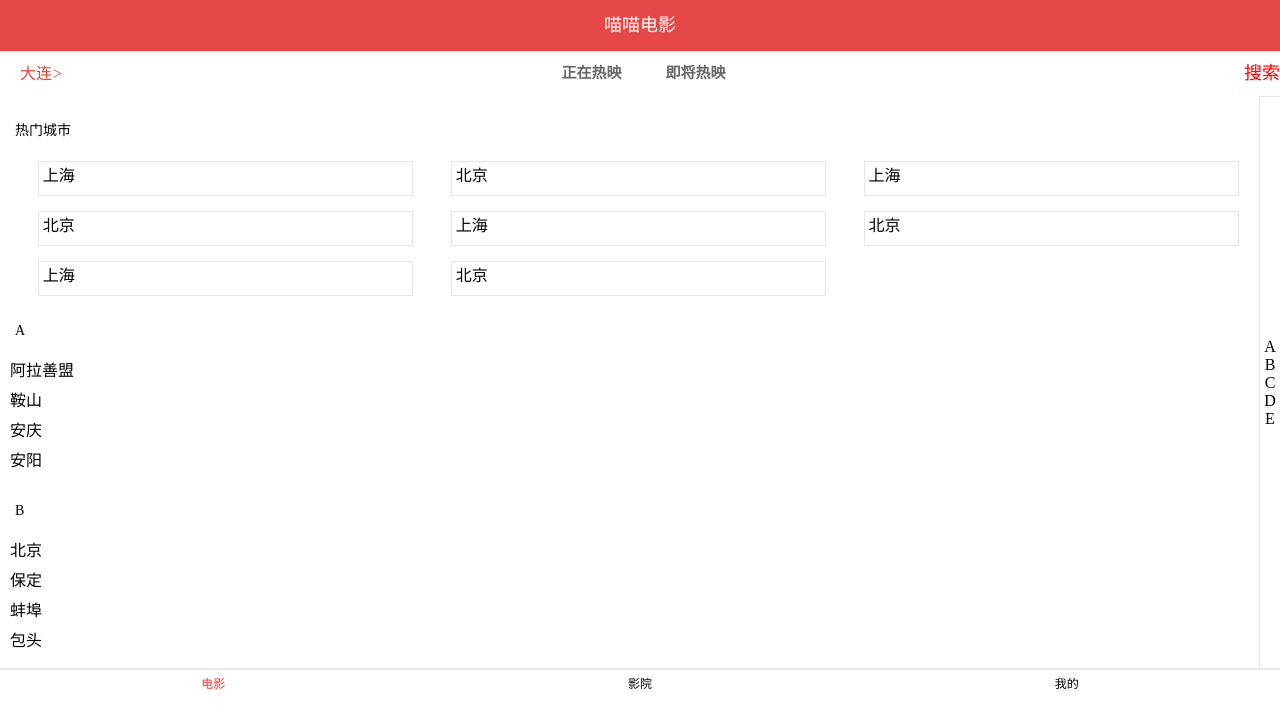
Repository: X-J-0/miaomiao_film
Page: /movie/city (app in miaomiao/)
An editor plug-in stored every save of this project. The page is shown before and after the next save, followed by the edit.
The browser window is 1280 px wide. The pictures show the whole page.
The page's requests for data from a server got no answer. An inner scrolling area shows only its first screen. The project was rebuilt for these pictures with package versions that can differ from the ones it lists, and the page was loaded fresh each time. No one was signed in, and anything a server would have sent is missing. Also part of the build but not shown: miaomiao/vue.config.js. Imported but missing from the stored project, and not drawn on this page: miaomiao/src/components/Brand, miaomiao/src/components/Special.

Above is the page before, as saved 2020-03-26 12:53:31.

### miaomiao/public/index.html
<!DOCTYPE html>
<html lang="en">
  <head>
    <meta charset="utf-8">
    <meta http-equiv="X-UA-Compatible" content="IE=edge">
    <meta name="viewport" content="width=device-width,initial-scale=1.0,user-scalable=no">
    <link rel="icon" href="<%= BASE_URL %>favicon.ico">
    <link rel="stylesheet" href="<%= BASE_URL %>css/common.css">
    <!-- <link rel="stylesheet" href="<%= BASE_URL %>css/common.css"> -->
    <title><%= htmlWebpackPlugin.options.title %></title>
  </head>
  <body>
    <noscript>
      <strong>We're sorry but <%= htmlWebpackPlugin.options.title %> doesn't work properly without JavaScript enabled. Please enable it to continue.</strong>
    </noscript>
    <div id="app"></div>
    <!-- built files will be auto injected -->
  </body>
</html>

### miaomiao/src/main.js
import Vue from 'vue'
import App from './App.vue'
import router from './router'
import store from './store'
import axios from 'axios'
Vue.prototype.axios = axios;

Vue.config.productionTip = false

new Vue({
  router,
  store,
  render: h => h(App)
}).$mount('#app')

### miaomiao/src/App.vue
<template>
    <keep-alive>
        <router-view/>
    </keep-alive>
</template>

<style lang="scss">
</style>

### miaomiao/src/router/index.js
import Vue from 'vue'
import VueRouter from 'vue-router'
import movieRouter from './movie'
import mineRouter from './mine'
import cinemaRouter from './cinema'

Vue.use(VueRouter)


const router = new VueRouter({
  mode: 'history',
  base: process.env.BASE_URL,
  routes: [
    movieRouter,
    mineRouter,
    cinemaRouter,
    {
      path:'/*',
      redirect:'/movie'
    }
  ]
})

export default router

### miaomiao/src/router/movie/index.js
export default {
    path:'/movie',
    component : () => import('@/views/Movie'),
    children:[
        {
            path:'city',
            component:()=>import('@/components/City')
        },
        {
            path:'nowPlaying',
            component:()=>import('@/components/NowPlaying')
        },
        {
            path:'comingSoon',
            component:()=>import('@/components/ComingSoon')
        },
        {
            path:'search',
            component:()=>import('@/components/Search')
        },
        {
            path:'/movie',
            redirect:'/movie/nowPlaying'
        }
    ]
}

### miaomiao/src/router/mine/index.js
export default {
    path:'/mine',
    component : () => import('@/views/Mine'),
    children:[
        {
            path:'center',
            component:()=>import('@/views/Mine/center.vue')
        },
        {
            path:'login',
            component:()=>import('@/components/Login')
        },
        {
            path:'register',
            component:()=>import('@/components/Register')
        },
        {
            path:'findPassword',
            component:()=>import('@/components/FindPassword')
        },
        {
            path:'/mine',
            redirect:'center'
        }
    ]
}

### miaomiao/src/router/cinema/index.js
export default {
    path:'/cinema',
    component : () => import('@/views/Cinema'),
    children:[
        {
            path:'allocate',
            component:()=>import('@/components/Allocate')
        },
        {
            path:'brand',
            component:()=>import('@/components/Brand')
        },
        {
            path:'special',
            component:()=>import('@/components/Special')
        },
        {
            path:'/cinema',
            redirect:'/cinema/allocate'
        }
    ]
}

### miaomiao/src/views/Movie/index.vue
<template>
    <div id="main">
        <Header title="喵喵电影"/>
        <div id="content">
          <div class="movie_menu">
          <router-link tag="div" to="/movie/city" class="city_name">
            <span>大连</span><i>></i>
          </router-link>
          <div class="hot_switch">
            <router-link tag="div" to="/movie/nowPlaying" class="hot_item">正在热映</router-link>
            <router-link tag="div" to="/movie/comingSoon" class="hot_item">即将热映</router-link>
          </div>
          <div class="search_entry">
            <router-link tag="div" to="/movie/search">搜索</router-link>
          </div>
          </div>
            <router-view/>
        </div>
        <TabBar />
    </div>
</template>

<script>

import Header from '@/components/Header';
import TabBar from '@/components/TabBar';

export default {
  name:'Movie',
  components : {
    Header,
    TabBar
  },
  data(){
   return {

   }
  }
}
</script>

<style scoped>
  #content{flex:1;overflow:auto;margin-bottom:50px;position: relative;display:flex;flex-direction: column;}
  #content .movie_menu{width:100%;height:45px;border-bottom:1px solid #e6e6e6;display: flex;justify-content: space-between;}
  .movie_menu .city_name{margin-left:20px;height:100%;line-height:45px;}
  .movie_menu .city_name.active{color:#ef4238;border-bottom:2px #ef4238 solid;}
  .movie_menu .city_name.router-link-active{color:#ef4238;border-bottom:2px #ef4238 solid;}
  .movie_menu .hot_switch{display:flex;height:100%; line-height: 45px;}
  .movie_menu .hot_item{font-size:15px; color:#666;width:80px;text-align: center;margin:0 12px;font-weight: 700;}
  .movie_menu .hot_item.active{color:#ef4238;border-bottom:2px #ef4238 solid;}
  .movie_menu .hot_item.router-link-active{color:#ef4238;border-bottom:2px #ef4238 solid;}
  .movie_menu .search_entry{margin-left:20px;height:100%;line-height:45px;}
  .movie_menu .search_entry.active{color:#ef4238;border-bottom:2px #ef4238 solid;}
  .movie_menu .search_entry.router-link-active{color:#ef4238;border-bottom:2px #ef4238 solid;}
  .movie_menu .search_entry div{font-size:18px;color:red;}
</style>

### miaomiao/src/components/City/index.vue
<template>
  <div class="city_body">
    <div class="city_list">
      <div class="city_hot">
        <h2>热门城市</h2>
        <ul class="clearfix">
          <li>上海</li>
          <li>北京</li>
          <li>上海</li>
          <li>北京</li>
          <li>上海</li>
          <li>北京</li>
          <li>上海</li>
          <li>北京</li>
        </ul>
      </div>
      <div class="city_sort">
        <div>
          <h2>A</h2>
          <ul>
            <li>阿拉善盟</li>
            <li>鞍山</li>
            <li>安庆</li>
            <li>安阳</li>
          </ul>
        </div>
          <div>
            <h2>B</h2>
            <ul>
              <li>北京</li>
              <li>保定</li>
              <li>蚌埠</li>
              <li>包头</li>
            </ul>
          </div>
          <div>
          <h2>A</h2>
          <ul>
            <li>阿拉善盟</li>
            <li>鞍山</li>
            <li>安庆</li>
            <li>安阳</li>
          </ul>
        </div>
          <div>
            <h2>B</h2>
            <ul>
              <li>北京</li>
              <li>保定</li>
              <li>蚌埠</li>
              <li>包头</li>
            </ul>
          </div>
      </div>
    </div>
    <div class="city_index">
      <ul>
        <li>A</li>
        <li>B</li>
        <li>C</li>
        <li>D</li>
        <li>E</li>
      </ul>
    </div>
  </div>
</template>

<script>
export default {
  name:'City',
  data(){
    return {
      cityList:[],
      hotList:[]
    }
  },
  mounted () {
    this.axios.get('/api/cityList').then((res) => {
      var msg = res.data.msg;
      if(msg == 'ok') {
        var cities = res.data.data.cities;
        var {cityList,hotList} = this.formatCityList(cities);
        this.cityList = cityList;
        this.hotList = hotList;
      }
    })
  },
  methods:{
    formatCityList(cities){
      var cityList = [];
      var hotList = [];
      for(var i = 0;i<cities.length;i++){
        if(cities[i].isHot === 1){
          hotList.push(cities[i]);
        }
      }
      for(var i = 0;i<cities.length;i++){
        var firstLetter = cities[i].py.substring(0,1).toUpperCase();
        if(toCom(firstLetter)){  //新添加index
          cityList.push({index:firstLetter,list:[{nm:cities[i].nm,id:cities[i].id}]});
        }
        else{  //累加到已有index中
          for(var j = 0;j<cityList.length;j++){
            if(cityList[j].index === firstLetter){
              cityList[j].list.push({nm:cities[i].nm,id:cities[i].id});
            }
          }
        }
      }
      cityList.sort((n1,n2)=>{
        if(n1.index>n2.index){
          return 1;
        }
        else if(n1.index<n2.index){
          return -1;
        }
        else{
          return 0;
        }
      });
      function toCom(firstLetter){
        for(var i = 0;i<cityList.length;i++){
          if(cityList[i].index == firstLetter){
            return false;
          }
        }
        return true;
      }
      return {
        cityList,
        hotList
      }
    }
  },
  data(){
   return {

   }
  }
}
</script>

<style scoped>
#content .city_body{margin-top:45px;display:flex;width:100%;position:absolute;top:0;bottom:0;}
.city_body .city_list{flex:1;overflow:auto;background-color: #fff;}
.city_body .city_list::webkit_scrollbar{
  background-color: transparent;
  width:0;
}
.city_body .city_hot{margin-top:20px;}
.city_body .city_hot h2{padding-left:15px;line-height: 30px;font-size:14px;background-color: #fff;font-weight: normal;}
/* .city_body .city_hot ul{} */
.city_body .city_hot ul li{float:left;background-color: #fff;width:29%;height:33px;margin-top:15px;margin-left:3%;padding:0 4px;border:1px solid #e6e6e6}
/* .city_body .city_sort{} */
.city_body .city_sort div{margin-top:20px;}
.city_body .city_sort h2{padding-left:15px;line-height: 30px;font-size:14px;background-color: #fff;font-weight: normal;}
.city_body .city_sort ul{padding-left:10px;margin-top:10px;}
.city_body .city_sort ul li{line-height: 30px;line-height: 30px;}
.city_body .city_index{width:20px;display:flex;flex-direction: column;justify-content: center;text-align: center;border-left:1px #e6e6e6 solid}
</style>

### miaomiao/src/components/Header/index.vue
<template>
    <header id="header">
        <h1>{{title}}</h1>
    </header>
</template>

<script>
export default {
  name:'Header',
  props:{
      title:{
          type:String,
          default:'喵喵电影'
      }
  }
}
</script>

<style scoped>
#header{width:100%;height:50px;color:#fff;background-color: #e54847;border-bottom:1px solid #e54847;position: relative;}
#header h1{font-size:18px;text-align: center;line-height: 50px; font-weight: normal;}
#header i{position:absolute;left:5px;top:50%;margin-top:-13px;font-size:26px;}
</style>

### miaomiao/src/components/TabBar/index.vue
<template>
    <footer id="footer">
        <ul>
            <router-link tag="li" to="/movie">
                <!-- <i class="iconfont icon-dianying"></i> -->
                <p>电影</p>
            </router-link>
            <router-link tag="li" to="/cinema">
                <!-- <i class="iconfont icon-yingyuan"></i> -->
                <p>影院</p>
            </router-link>
            <router-link tag="li" to="/mine">
                <!-- <i class="iconfont icon-dianying"></i> -->
                <p>我的</p>
            </router-link>
        </ul>
    </footer>
</template>

<script>
export default {
  name:'Footer',
  data(){
   return {

   }
  }
}
</script>

<style scoped>
#footer{width:100%; height:50px;background-color: #fff;border-top:2px #ebe8e3 solid;position:fixed;left:0;bottom:0;}
#footer ul{display:flex;text-align: center;height:50px;align-items:center;}
#footer ul li{flex:1;height:40px;}
#footer ul li.active{color:#f03d37;}
#footer ul li.router-link-active{color:#f03d37;}
#footer ul i{font-size:20px;}
#footer ul p{font-size:12px;line-height:18px;}
</style>

### miaomiao/public/css/common.css
*{ margin : 0; padding : 0;}
ul,li{ list-style: none}
img{ display: block}
html, body{ height:100%}
.clearfix:after{ content:""; display:block; clear:both}
#main{ height: 100%; display: flex; flex-direction: column;}
#content{ flex:1; overflow:auto; margin-bottom: 50px;position: relative;display: flex;flex-direction: column;}

Loaded but not shown: miaomiao/src/store/index.js (common file)

After the next save:
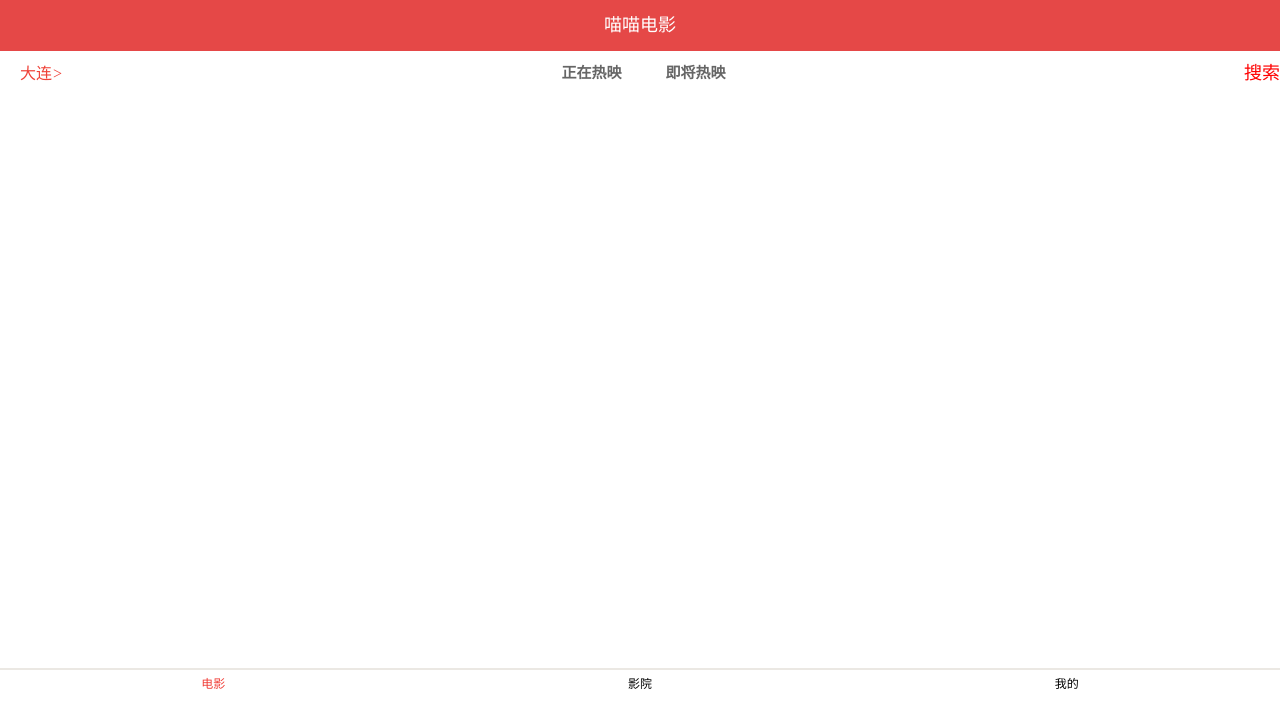
Saved 116 s later.
--- a/miaomiao/src/components/City/index.vue
+++ b/miaomiao/src/components/City/index.vue
@@ -1,17 +1,10 @@
 <template>
   <div class="city_body">
-    <div class="city_list">
+    <!-- <div class="city_list">
       <div class="city_hot">
         <h2>热门城市</h2>
         <ul class="clearfix">
           <li>上海</li>
-          <li>北京</li>
-          <li>上海</li>
-          <li>北京</li>
-          <li>上海</li>
-          <li>北京</li>
-          <li>上海</li>
-          <li>北京</li>
         </ul>
       </div>
       <div class="city_sort">
@@ -24,33 +17,6 @@
             <li>安阳</li>
           </ul>
         </div>
-          <div>
-            <h2>B</h2>
-            <ul>
-              <li>北京</li>
-              <li>保定</li>
-              <li>蚌埠</li>
-              <li>包头</li>
-            </ul>
-          </div>
-          <div>
-          <h2>A</h2>
-          <ul>
-            <li>阿拉善盟</li>
-            <li>鞍山</li>
-            <li>安庆</li>
-            <li>安阳</li>
-          </ul>
-        </div>
-          <div>
-            <h2>B</h2>
-            <ul>
-              <li>北京</li>
-              <li>保定</li>
-              <li>蚌埠</li>
-              <li>包头</li>
-            </ul>
-          </div>
       </div>
     </div>
     <div class="city_index">
@@ -61,6 +27,9 @@
         <li>D</li>
         <li>E</li>
       </ul>
+    </div> -->
+    <div class="city_list">
+
     </div>
   </div>
 </template>
